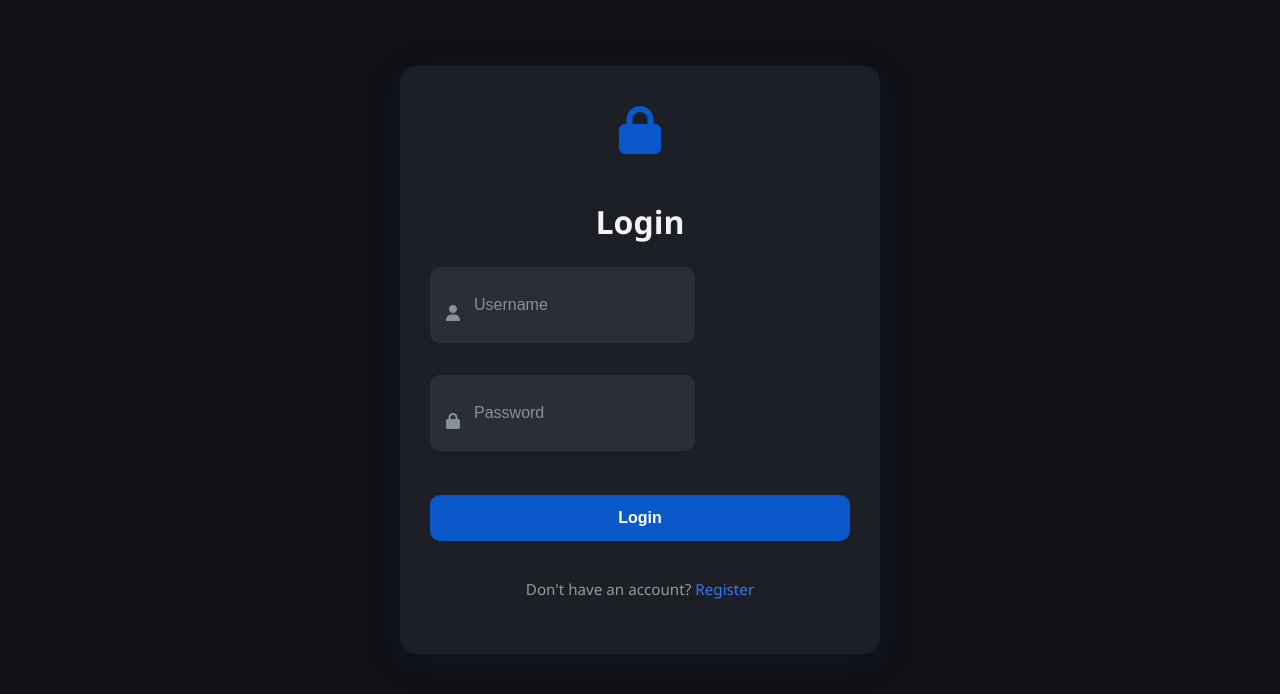
Repository: lowluds/auth-flask
Page: http://localhost/login
These files come from the project's save history. The page is drawn as it stood at one moment and after the next save; the edit follows.
The browser window is 1280 px wide. The pictures show the whole page.
The page is served by the project's application, run on Flask 3 (login.py).

Above is the page before, as saved 2025-07-10 22:12:31.

After the next save:
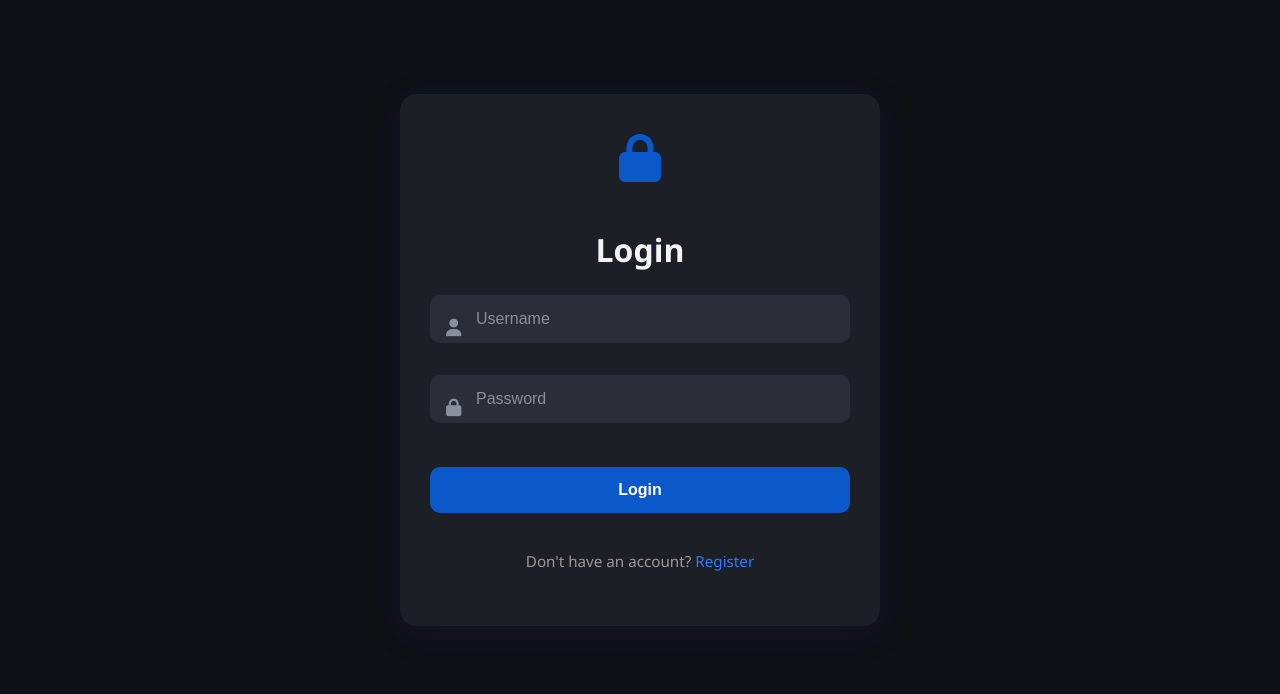
Saved 2 min 0 s later.
--- a/static/register.css
+++ b/static/register.css
@@ -40,20 +40,22 @@ body {
     left: 16px;
     transform: translateY(-50%);
     color: #8a8f9c;
-    font-size: 1rem;
+    font-size: 1.1rem;
     pointer-events: none;
+    width: 16px;
+    height: 16px;
 }
 
 .input-group input {
-    padding: 14px 14px 14px 44px; /* make space for icon */
+    padding: 14px 16px 14px 46px; /* space for icon */
     height: 48px;
-    line-height: 20px;
     border: none;
     border-radius: 10px;
     background-color: #2a2e39;
     color: #f3f3f3;
     font-size: 1rem;
-    transition: all 0.2s ease-in-out;
+    width: 100%;
+    box-sizing: border-box;
 }
 
 .input-group input:focus {
